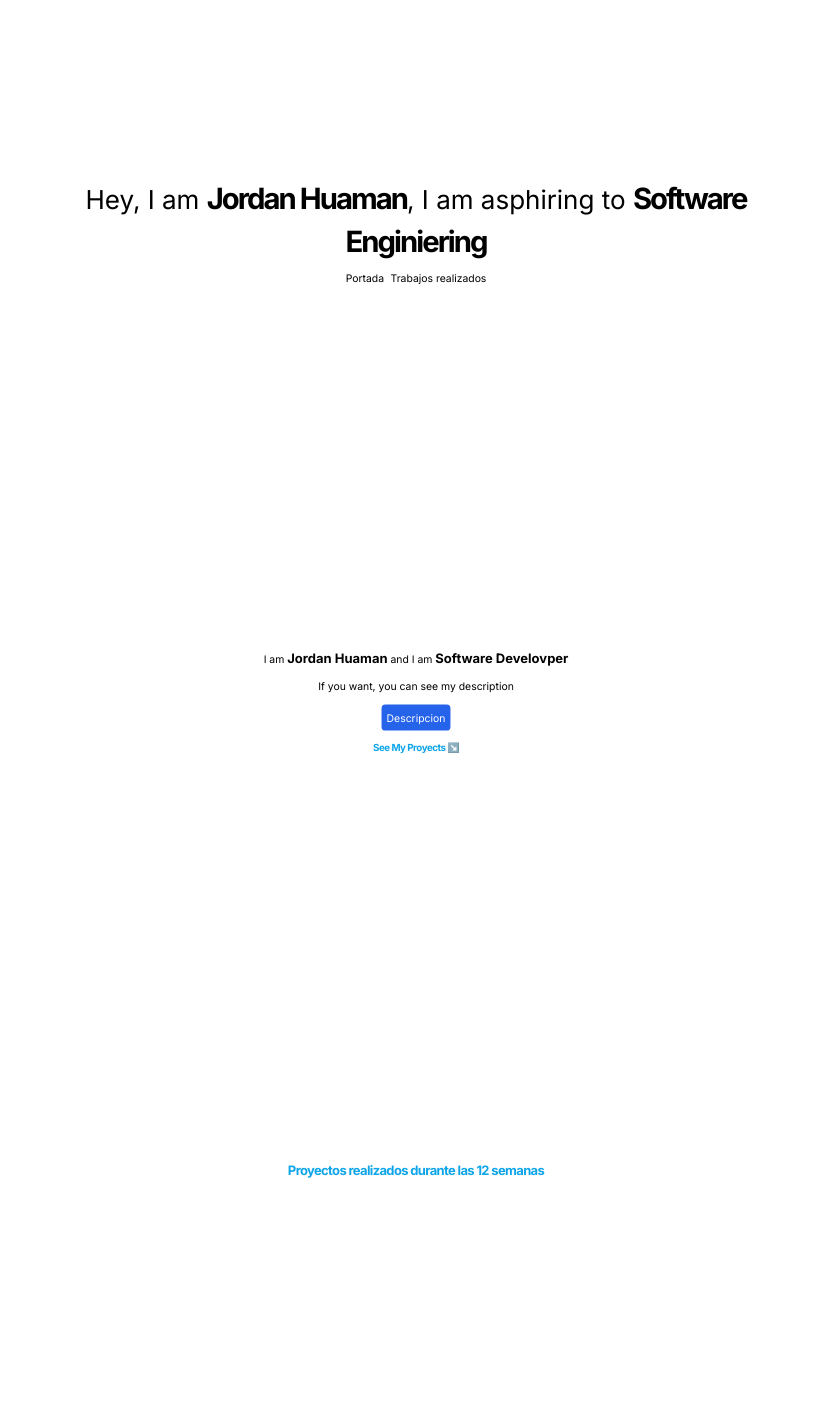
Repository: devsecops-node/portafolio-nextj-pages
Page: /
An editor plug-in stored every save of this project. The page is shown before and after the next save, followed by the edit.
The browser window is 1280 px wide. The pictures show the whole page, at 65% of full size.
The project was rebuilt for these pictures with package versions that can differ from the ones it lists, and the page was loaded fresh each time. The framework's server and built-in components were replaced by stand-ins that run in the browser. Also part of the build but not shown: next.config.js, src/components/Modal.jsx, src/styles/transitionPage.module.css.

Above is the page before, as saved 2024-01-15 04:37:18.

### src/app/page.js
"use client"
import Dashboard from '@/components/Dashboard'
import Transition from '@/components/Transition'
import Image from 'next/image'
import { useEffect, useState } from 'react'

export default function Home() {
  const [showAnimation, setShowAnimation] = useState(true)

  useEffect(() => {
    console.log('Ejecutando')
    setTimeout(() => {
      setShowAnimation(false)
    }, 2000)
  }, [])
  return (
    <main className='h-[100vh]'>
      {showAnimation ? <Transition /> : <Dashboard />}
    </main>
  )
}

### src/components/Dashboard.jsx
import React from 'react'
import stles from "@/styles/dashboard.module.css"
import Portada from './Portada'
import { useRef } from 'react'
import Proyects from './Proyects'

const Dashboard = () => {

  const scrollToPortada = () => {
    const portada = document.getElementById('portada')

    if (portada) {
      console.log('ejecutando id')
      portada.scrollIntoView({ behavior: 'smooth' })
    }
  }

  const scrollToProyects = () => {
    const portada = document.getElementById('proyects')

    if (portada) {
      console.log('ejecutando id')
      portada.scrollIntoView({ behavior: 'smooth' })
    }
  }

  return (
    <section className={stles.home_view}>
      <div className='h-screen flex justify-center items-center flex-col'>
        <div className={stles.home_view_principal}>
          <p className={stles.animar_text} id='detec'> Hey, I am <span className="animacion-bolder">Jordan
            Huaman</span>, I am asphiring to <span className={stles.detect}>Software Enginiering</span>
          </p>
        </div>
        <div className={stles.home_view_links}>
          <a onClick={scrollToPortada} className={stles.animar_abajo}>
            <p>Portada</p>
          </a>
          {/* <a href="" className={stles.animar_abajo}>
            <p>Bienvenida Introduccion</p>
          </a>
          <a href="" className={stles.animar_arriba}>
            <p>Tabla de contenido</p>
          </a><a href="" className={stles.animar_arriba}>
            <p>Informacion sobre mi</p>
          </a> */}
          <a  onClick={scrollToProyects} className={stles.animar_abajo}>
            <p>Trabajos realizados</p>
          </a>

        </div>
        <div>
        </div>
      </div>
      <div id='portada'>
        <Portada scrolProyects={scrollToProyects}/>
      </div>
      <div id='proyects'>
        <Proyects/>
      </div>
    </section>
  )
}

export default Dashboard

### src/components/Transition.jsx
import React from 'react'
import styles from "@/styles/transitionPage.module.css"

const Transition = () => {
  return (
    <div className={styles.home}>
      <main className=''>
        <p className={styles.text_1}>Jh</p>
        <p className={styles.text_2}>Jordan Huaman - Porfolio</p>
      </main>
      <footer>
        <p className={styles.text_3}>Software Engineerin - 2024</p>
      </footer>
    </div>
  )
}

export default Transition

### src/styles/dashboard.module.css
/* ? Home-view part */
.home_view {
  height: 100%;
}

.animar_text {
  animation: apper-2 2s;
  -webkit-animation: apper-2 2s;
}

.home_view_principal {
  width: 90%;
  margin: 0 auto;
}

.home_view_principal p {
  text-align: center;
  font-size: 40px;
}

.home_view_principal p span {
  font-size: 45px;
  letter-spacing: -3px;
  font-weight: bold;
}

.home_view_principal p span:hover .child {
  background-color: red;
}

@keyframes apper-2 {
  0% {
    opacity: 0;
    transform: translateY(-200px);
    -webkit-transform: translateY(-200px);
    -moz-transform: translateY(-200px);
    -ms-transform: translateY(-200px);
    -o-transform: translateY(-200px);
  }

  50% {
    opacity: 1;
    transform: translateY(-20px);
    -webkit-transform: translateY(-20px);
    -moz-transform: translateY(-20px);
    -ms-transform: translateY(-20px);
    -o-transform: translateY(-20px);
  }

  100% {
    opacity: 1;
    transform: translateY(0px);
    -webkit-transform: translateY(0px);
    -moz-transform: translateY(0px);
    -ms-transform: translateY(0px);
    -o-transform: translateY(0px);
  }
}

.home_view_links {
  display: flex;
  padding: 10px;
  justify-content: space-between;
  gap: 10px;
}

/* Line aniamtion */
.line-animation {
  display: inline;
  cursor: pointer;
  position: relative;
  /* padding: 5px; */
}

.line-animation::after {
  /* margin-top: 10px; */
  content: "";
  position: absolute;
  width: 100%;
  height: 3px;
  top: auto;
  bottom: 14px;
  left: -4px;
  transform: scaleX(0);
  box-shadow: 0 5px 0 black;
  transform-origin: bottom right;
  transition: transform 0.5s ease-out;
}

.line-animation:hover:after {
  transform: scaleX(1);
  transform-origin: bottom left;
}

.animacion-bolder {
  animation: animar-bold 2s linear alternate slidein;
  -webkit-animation: animar-bold 2s linear alternate slidein;
}

.animar_arriba{
  animation: apper-arriba 2s;
  -webkit-animation: apper-arriba 2s;
}
.animar_abajo{
  cursor: pointer;
  animation: apper-abajo 2s;
  -webkit-animation: apper-abajo 2s;

}

@keyframes apper-arriba {
  0% {
    opacity: 0;
    transform: translateY(200px);
    -webkit-transform: translateY(200px);
    -moz-transform: translateY(200px);
    -ms-transform: translateY(200px);
    -o-transform: translateY(200px);
}

  50% {
    opacity: 1;
    transform: translateY(-20px);
    -webkit-transform: translateY(-20px);
    -moz-transform: translateY(-20px);
    -ms-transform: translateY(-20px);
    -o-transform: translateY(-20px);
  }

  100% {
    opacity: 1;
    transform: translateY(0px);
    -webkit-transform: translateY(0px);
    -moz-transform: translateY(0px);
    -ms-transform: translateY(0px);
    -o-transform: translateY(0px);
  }
}
@keyframes apper-abajo {
  0% {
    opacity: 0;
    transform: translateY(-200px);
    -webkit-transform: translateY(-200px);
    -moz-transform: translateY(-200px);
    -ms-transform: translateY(-200px);
    -o-transform: translateY(-200px);
}

  50% {
    opacity: 1;
    transform: translateY(-20px);
    -webkit-transform: translateY(-20px);
    -moz-transform: translateY(-20px);
    -ms-transform: translateY(-20px);
    -o-transform: translateY(-20px);
  }

  100% {
    opacity: 1;
    transform: translateY(0px);
    -webkit-transform: translateY(0px);
    -moz-transform: translateY(0px);
    -ms-transform: translateY(0px);
    -o-transform: translateY(0px);
  }
}

@keyframes animar-bold {
  0% {
    opacity: 0;
  }

  100% {
    opacity: 1;
  }
}

### src/components/Portada.jsx
import React, { useState } from 'react'
import Modal from './Modal'

const Portada = ({ scrolProyects }) => {
  const [modal, setModal] = useState(false)
  const showModal = () => {
    setModal(true)
  }
  const closeModal = () => {
    setModal(false)
  }

  const srolPro = () => {
    scrolProyects()
  }

  return (
    <div className='h-screen flex justify-center items-center relative'>
      <section className='flex justify-center flex-col items-center gap-4'>
        <p>I am <span className='text-[20px] font-bold'>Jordan Huaman</span> and I am <span className='text-[20px] font-bold'>Software Develovper</span></p>
        <p>If you want, you can see my description</p>
        <button onClick={showModal} className='bg-blue-600 p-2 rounded-md text-white hover:scale-105 duration-150 ease-in-out'>Descripcion</button>
        {modal ? <Modal setModal={closeModal}  /> : <></>}
        <p className='text-sky-500 font-bold tracking-tighter text-[15px] transition-all duration-150 hover:scale-105 ease-in-out cursor-pointer' onClick={srolPro}>See My Proyects <span>↘️</span></p>
      </section>
    </div>
  )
}

export default Portada

### src/components/Proyects.jsx
import React from 'react'

const Proyects = () => {
  const planDeEstudios = [
    {
      semana: 1,
      tecnologias_usadas: [
        "Fundamentos de tecnologías web",
        "DNS",
        "Protocolo TCP/IP",
        "Protocolo HTTP"
      ],
      reflexion: "Roles en el desarrollo de Aplicaciones para Internet",
      proyecto: "Desarrollo de una aplicación web",
      resumen_de_clase: "Herramienta de desarrollo - Visual Studio Code"
    },
    {
      semana: 2,
      tecnologias_usadas: ["HTML", "XML", "SEO", "CSS3"],
      reflexion: "Estructura HTML y XML, Árbol DOM, Renderizado de Árbol",
      proyecto: "Diseño de una página web",
      resumen_de_clase: "Diseño flexbox, diseño fluido y diseño responsivo"
    },
    {
      semana: 3,
      tecnologias_usadas: ["Bootstrap", "Tailwind"],
      reflexion: "Desarrollo de una página web Front-End con Librerías CSS",
      proyecto: "Práctica Calificada 01: Desarrollo de un sitio web con framework",
      resumen_de_clase: "Tipografía, Layout, Flexbox, Application UI"
    },
    {
      semana: 4,
      tecnologias_usadas: ["Javascript", "DOM", "Canvas"],
      reflexion: "Desarrollo de una página web Front-End con Javascript",
      proyecto: "Trabajo 01: Manejar el DOM con Javascript y Canvas",
      resumen_de_clase: "Funciones, Clases, Arrays, Objetos Map y Set"
    },
    {
      semana: 5,
      tecnologias_usadas: ["Framework JS"],
      reflexion: "Estructura y operación de Framework – Client Side Rendering",
      proyecto: "Laboratorio 05A: Pasar datos con props y children y mostrar en un componente hijo",
      resumen_de_clase: "Gestión de dependencias, Desarrollo basado en componentes"
    },
    {
      semana: 6,
      tecnologias_usadas: ["Eventos", "Condicionales", "Bucles", "APIs"],
      reflexion: "Desarrollo con Eventos, Condicionales y Bucles con Framework JS",
      proyecto: "Laboratorio 06A: Eventos y Renderizado Condicional e iterativo con datos de una API",
      resumen_de_clase: "Promesas, Async await, Consumo de APIs con Axios"
    },
    {
      semana: 7,
      tecnologias_usadas: ["Hooks"],
      reflexion: "Uso de Hooks",
      proyecto: "Laboratorio 09: Uso de hooks",
      resumen_de_clase: "UseState, UseEffect, UseContext, UseRef, UseReducer, UseCallback, useMemo"
    },
    {
      semana: 9,
      tecnologias_usadas: ["Next JS", "Typescript"],
      reflexion: "Next JS – CSR / SSR, Typescript",
      proyecto: "Laboratorio 10: Caso práctico consumo de API",
      resumen_de_clase: "De javascript a typescript"
    },
    {
      semana: 10,
      tecnologias_usadas: ["Next JS", "Typescript", "Static Generate", "Incremental Static Generation"],
      reflexion: "Next JS – CSR / SSR, Static Generate – Static Regeneratión, Incremental Static Regeneration (ISR)",
      proyecto: "Laboratorio 10: Caso práctico consumo de API",
      resumen_de_clase: "Incremental Static Generation (ISG)"
    },
    {
      semana: 11,
      tecnologias_usadas: ["Server Side Props", "Next Auth"],
      reflexion: "Server Side Props, Next Auth",
      proyecto: "Laboratorio 11: Subsistema de autenticación con Next JS",
      resumen_de_clase: "getServerSideProps, Next Auth, Middlewares"
    },
    {
      semana: 13,
      tecnologias_usadas: ["Spring", "HTTP", "MVC", "API Rest"],
      reflexion: "Desarrollar API Rest con Spring",
      proyecto: "Laboratorio 13: Desarrollo de una API Rest y Despliegue.",
      resumen_de_clase: "Arquitectura API Rest"
    },
    {
      semana: 14,
      tecnologias_usadas: ["Eureka", "Microservicios", "Configuración avanzada en Eureka", "Configuración en la nube"],
      reflexion: "Registro de Microservicios en Eureka",
      proyecto: "Resumen del registro de microservicio",
      resumen_de_clase: "Consumo de un Microservicio"
    }
  ];

  return (
    <div className='h-screen flex justify-center items-center'>
      <p className='text-sky-500 font-bold text-[20px]  tracking-tighter'>Proyectos realizados durante las 12 semanas</p>
    </div>
  )
}

export default Proyects

Loaded but not shown: src/app/layout.js (common file); src/app/globals.css (common file); tailwind.config.js (common file); src/components/Card.jsx (common file)

After the next save:
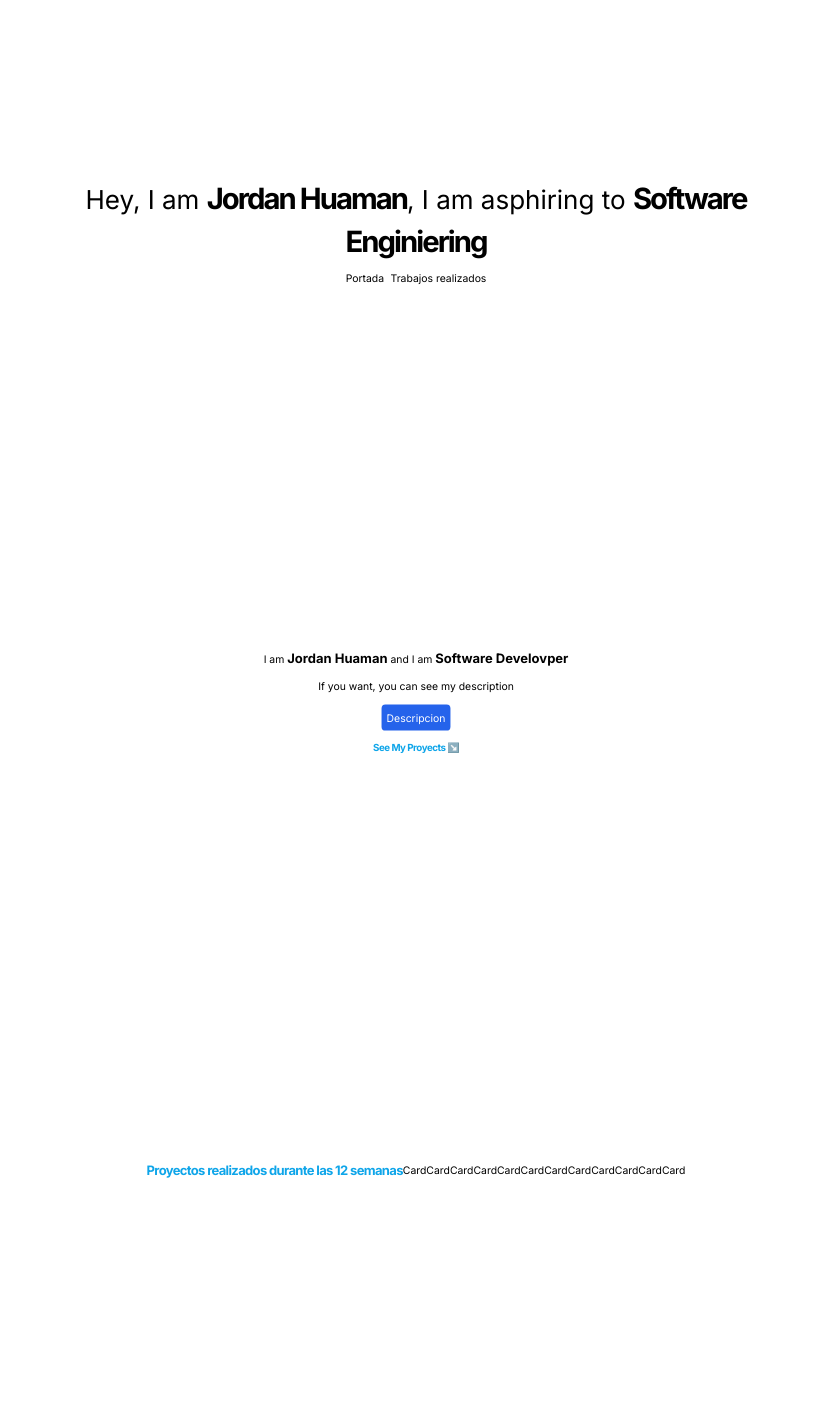
Saved 36 s later.
--- a/src/components/Proyects.jsx
+++ b/src/components/Proyects.jsx
@@ -1,4 +1,5 @@
 import React from 'react'
+import Card from './Card';
 
 const Proyects = () => {
   const planDeEstudios = [
@@ -96,6 +97,7 @@ const Proyects = () => {
   return (
     <div className='h-screen flex justify-center items-center'>
       <p className='text-sky-500 font-bold text-[20px]  tracking-tighter'>Proyectos realizados durante las 12 semanas</p>
+      {planDeEstudios.map(proyec => <Card />)}
     </div>
   )
 }
